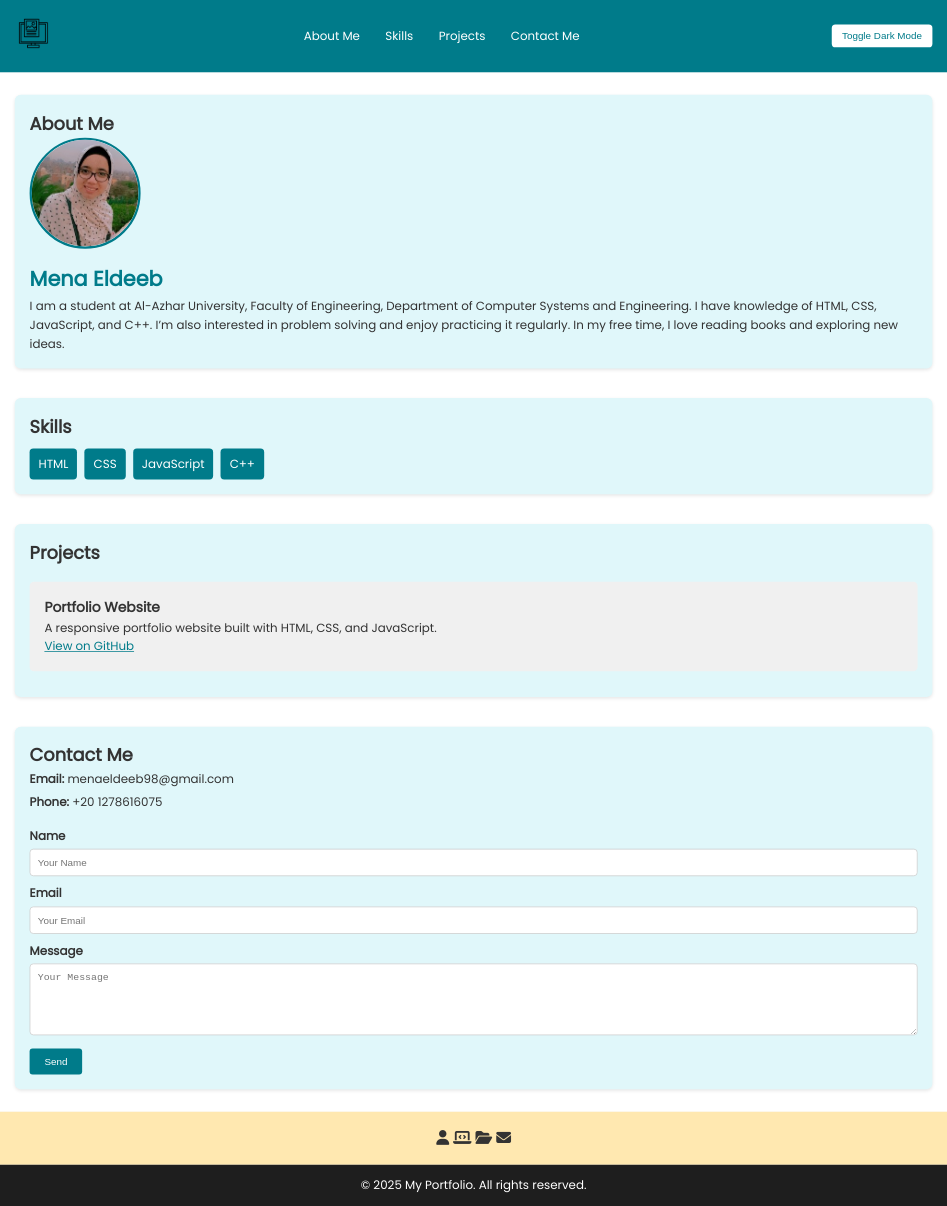
Repository: MenaEldeeb/My-Portfolio
Page: index.html
The author's editor kept a copy of each file at every save. The page is drawn from the files as they stood at one save, then again after the next save.
The browser window is 1280 px wide. The pictures show the whole page, at 74% of full size.

Above is the page before, as saved 2025-07-16 20:34:33.

### index.html
<!DOCTYPE html>
<html lang="en">
<head>
  <meta charset="UTF-8" />
  <meta name="viewport" content="width=device-width, initial-scale=1" />
  <title>Mena Eldeeb</title>

  <!-- Google Font -->
  <link href="https://fonts.googleapis.com/css2?family=Poppins&display=swap" rel="stylesheet" />

  <!-- Font Awesome -->
  <link rel="stylesheet" href="https://cdnjs.cloudflare.com/ajax/libs/font-awesome/6.4.0/css/all.min.css" />
  <link rel="stylesheet" href="CSS/style.css">

  <meta name="description" content="Mena Eldeeb's personal portfolio showcasing web development skills and projects." />
</head>
<body>
  <div id="container">

    <!-- Header -->
    <header id="hd">
      <div class="logo">
        <img src="images/logo.png" alt="Logo" />
      </div>

      <nav class="nav-text">
        <a href="#about">About Me</a>
        <a href="#skills">Skills</a>
        <a href="#projects">Projects</a>
        <a href="#contact">Contact Me</a>
      </nav>

      <button id="theme-toggle">Toggle Dark Mode</button>
    </header>

    <!-- Sidebar -->
    <aside id="sd">
      <nav class="icon-nav">
        <a href="#about" title="About Me" aria-label="About Me"><i class="fas fa-user"></i></a>
        <a href="#skills" title="Skills" aria-label="Skills"><i class="fas fa-laptop-code"></i></a>
        <a href="#projects" title="Projects" aria-label="Projects"><i class="fas fa-folder-open"></i></a>
        <a href="#contact" title="Contact Me" aria-label="Contact Me"><i class="fas fa-envelope"></i></a>
      </nav>
    </aside>

    <!-- Main Content -->
    <main id="mn">
      <!-- About Me -->
      <section id="about">
        <h2>About Me</h2>
        <div class="about-content">
          <img src="images/Mena.jpg" alt="Mena Eldeeb" class="profile-img" />
          <div>
            <h1 class="my-name">Mena Eldeeb</h1>
            <p>
              I am a student at Al-Azhar University, Faculty of Engineering, Department of Computer Systems and Engineering.
              I have knowledge of HTML, CSS, JavaScript, and C++. I’m also interested in problem solving and enjoy practicing it regularly.
              In my free time, I love reading books and exploring new ideas.
            </p>
          </div>
        </div>
      </section>

      <!-- Skills -->
      <section id="skills">
        <h2>Skills</h2>
        <ul>
          <li>HTML</li>
          <li>CSS</li>
          <li>JavaScript</li>
          <li>C++</li>
        </ul>
      </section>

      <!-- Projects -->
      <section id="projects">
        <h2>Projects</h2>
        <div class="projects-container">
          <div class="project-card">
            <h3>Portfolio Website</h3>
            <p>A responsive portfolio website built with HTML, CSS, and JavaScript.</p>
            <a href="https://github.com/MenaEldeeb/My-PORTOFOLIO.git" target="_blank" rel="noopener noreferrer">View on GitHub</a>
          </div>
        </div>
      </section>

      <!-- Contact Me -->
      <section id="contact">
        <h2>Contact Me</h2>

        <div class="contact-info">
          <p><strong>Email:</strong> menaeldeeb98@gmail.com</p>
          <p><strong>Phone:</strong> +20 1278616075</p>
        </div>

        <form id="contact-form" method="POST" action="https://formsubmit.co/menaeldeeb98@gmail.com">
          <!-- Disable captcha -->
          <input type="hidden" name="_captcha" value="false" />
          <!-- You can add other hidden inputs for formsubmit if needed -->

          <label for="name">Name</label>
          <input type="text" id="name" name="name" placeholder="Your Name" required />

          <label for="email">Email</label>
          <input type="email" id="email" name="email" placeholder="Your Email" required />

          <label for="message">Message</label>
          <textarea id="message" name="message" placeholder="Your Message" rows="5" required></textarea>

          <button type="submit">Send</button>
        </form>

        <p id="form-status" style="color: green; margin-top: 10px; display: none;"></p>
      </section>
    </main>

    <!-- Footer -->
    <footer id="ft">
      &copy; 2025 My Portfolio. All rights reserved.
    </footer>
  </div>

  <script>
    // Dark Mode Toggle
    const toggleBtn = document.getElementById('theme-toggle');
    toggleBtn.addEventListener('click', () => {
      document.body.classList.toggle('dark-mode');
    });

    // Handle form submission with fetch to prevent page reload
    const form = document.getElementById('contact-form');
    const status = document.getElementById('form-status');

    form.addEventListener('submit', e => {
      e.preventDefault();

      const formData = new FormData(form);

      fetch(form.action, {
        method: 'POST',
        body: formData,
        headers: {
          'Accept': 'application/json'
        }
      }).then(response => {
        if (response.ok) {
          status.style.color = 'green';
          status.textContent = 'Thank you! Your message has been sent.';
          status.style.display = 'block';
          form.reset();
        } else {
          return response.json().then(data => {
            if (Object.hasOwn(data, 'errors')) {
              status.style.color = 'red';
              status.textContent = data["errors"].map(error => error.message).join(", ");
            } else {
              status.style.color = 'red';
              status.textContent = 'Oops! There was a problem submitting your form';
            }
            status.style.display = 'block';
          });
        }
      }).catch(error => {
        status.style.color = 'red';
        status.textContent = 'Oops! There was a problem submitting your form';
        status.style.display = 'block';
      });
    });
  </script>
</body>
</html>

### CSS/style.css
/* ========== Reset ========== */
* {
  margin: 0;
  padding: 0;
  box-sizing: border-box;
}

/* ========== Global Styles ========== */
body {
  font-family: 'Poppins', sans-serif;
  background-color: #f5f7fa;
  color: #333;
  line-height: 1.6;
}

/* ========== Layout ========== */
#container {
  display: grid;
  grid-template-areas:
    "hd"
    "mn"
    "sd"
    "ft";
  grid-template-columns: 1fr;
  grid-template-rows: auto;
}

/* ========== Header ========== */
#hd {
  grid-area: hd;
  background-color: #007b8a;
  color: white;
  display: flex;
  justify-content: space-between;
  align-items: center;
  flex-wrap: wrap;
  padding: 20px;
}

.logo img {
  height: 50px;
}

.nav-text a {
  color: white;
  text-decoration: none;
  margin: 0 15px;
  font-weight: 500;
  transition: color 0.3s;
}

.nav-text a:hover {
  color: #ffd580;
}

#theme-toggle {
  background-color: white;
  color: #007b8a;
  border: none;
  padding: 8px 14px;
  border-radius: 5px;
  cursor: pointer;
  transition: background 0.3s;
}

#theme-toggle:hover {
  background-color: #eee;
}

/* ========== Sidebar ========== */
#sd {
  grid-area: sd;
  background-color: #ffe8b0;
  display: flex;
  justify-content: center;
  gap: 20px;
  padding: 20px;
  font-size: 20px;
}

.icon-nav a {
  color: #333;
  transition: color 0.3s;
}

.icon-nav a:hover {
  color: #007b8a;
}

/* ========== Main Content ========== */
#mn {
  grid-area: mn;
  padding: 30px 20px;
  background-color: #fff;
}

/* ========== Section Styling (About, Skills, Projects, Contact) ========== */
#about, #skills, #projects, #contact {
  background-color: #e0f7fa;       /* خلفية خفيفة للتمييز */
  border-radius: 8px;
  padding: 20px;
  margin-bottom: 40px;             /* مسافة بين الأقسام */
  box-shadow: 0 2px 5px rgba(0,0,0,0.1);
}

/* منع وجود margin زائد في آخر قسم */
#contact {
  margin-bottom: 0;
}

/* ========== About ========== */
.about-content {
  display: flex;
  gap: 20px;
  align-items: center;
  flex-wrap: wrap;
}

.profile-img {
  width: 150px;
  height: 150px;
  border-radius: 50%;
  object-fit: cover;
  border: 3px solid #007b8a;
}

.my-name {
  font-size: 28px;
  color: #007b8a;
}

/* ========== Skills ========== */
#skills ul {
  list-style: none;
  display: flex;
  flex-wrap: wrap;
  gap: 10px;
  margin-top: 10px;
}

#skills li {
  background-color: #007b8a;
  color: white;
  padding: 8px 12px;
  border-radius: 5px;
}

/* ========== Projects ========== */
.projects-container {
  margin-top: 20px;
}

.project-card {
  background-color: #f0f0f0;
  padding: 20px;
  border-radius: 6px;
  margin-bottom: 15px;
}

.project-card a {
  color: #007b8a;
  text-decoration: underline;
}

/* ========== Contact ========== */
.contact-info p {
  margin-bottom: 5px;
  font-weight: 500;
}

form {
  margin-top: 20px;
}

form label {
  display: block;
  margin-bottom: 5px;
  font-weight: bold;
}

form input,
form textarea {
  width: 100%;
  padding: 10px;
  margin-bottom: 10px;
  border: 1px solid #ccc;
  border-radius: 5px;
}

form button {
  background-color: #007b8a;
  color: white;
  padding: 10px 20px;
  border: none;
  border-radius: 4px;
  cursor: pointer;
}

form button:hover {
  background-color: #005f6b;
}

/* ========== Footer ========== */
#ft {
  grid-area: ft;
  background-color: #1e1e1e;
  color: white;
  text-align: center;
  padding: 15px 0;
}

/* ========== Dark Mode ========== */
body.dark-mode {
  background-color: #121212;
  color: #f1f1f1;
}

body.dark-mode #hd,
body.dark-mode #ft {
  background-color: #1e1e1e;
  color: #f1f1f1;
}

body.dark-mode #mn {
  background-color: #1a1a1a;
}

body.dark-mode #about,
body.dark-mode #skills,
body.dark-mode #projects,
body.dark-mode #contact {
  background-color: #2a2a2a;
  box-shadow: none;
}

body.dark-mode .project-card {
  background-color: #3a3a3a;
  border-color: #555;
}

body.dark-mode form input,
body.dark-mode form textarea {
  background-color: #333;
  color: white;
  border: 1px solid #555;
}

body.dark-mode .nav-text a,
body.dark-mode .icon-nav a {
  color: #90caf9;
}

/* ========== Responsive Design ========== */
@media (max-width: 768px) {
  #hd {
    flex-direction: column;
    gap: 10px;
    text-align: center;
  }

  .about-content {
    flex-direction: column;
    text-align: center;
  }

  #skills ul {
    justify-content: center;
  }

  #sd {
    flex-wrap: wrap;
  }
}

After the next save:
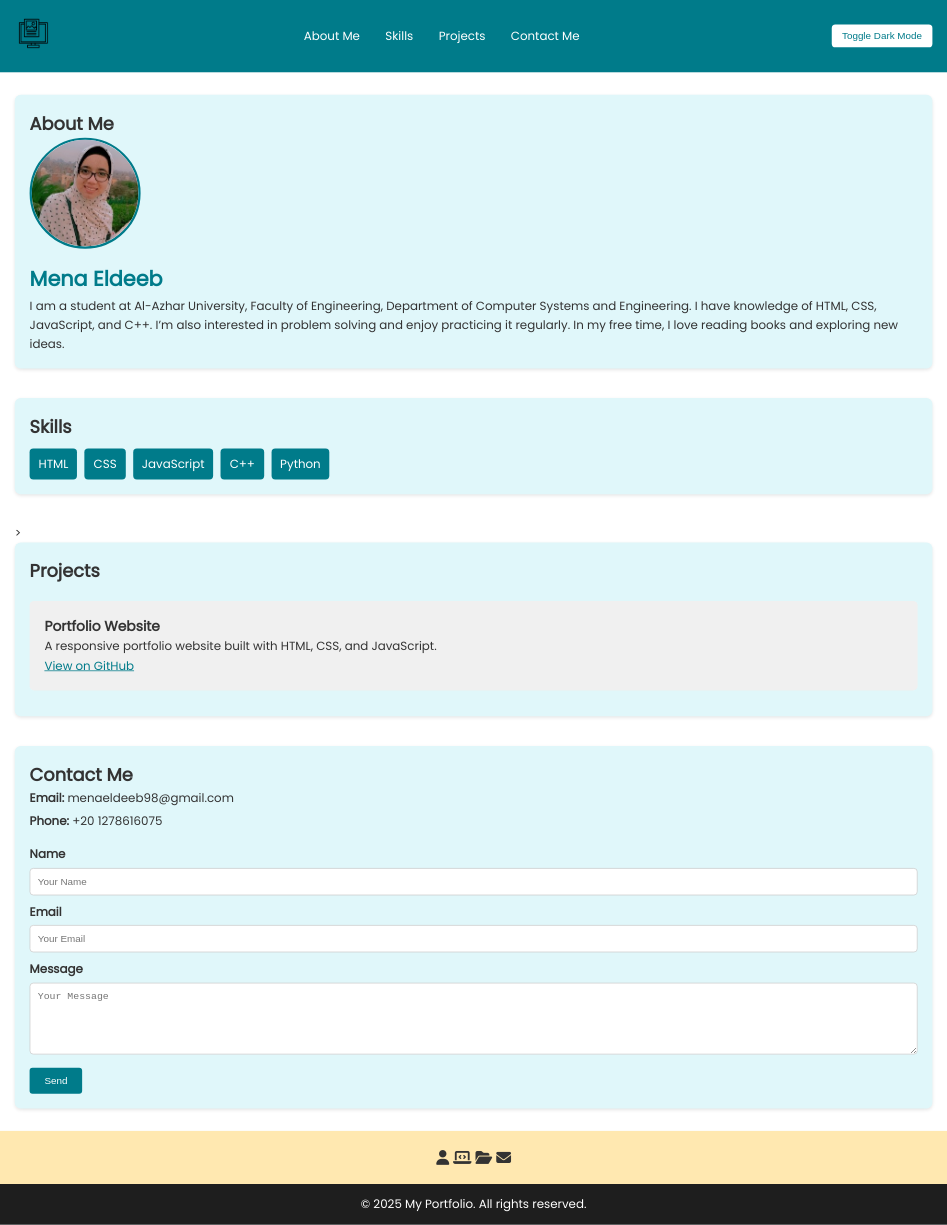
Saved 5 min 6 s later.
--- a/index.html
+++ b/index.html
@@ -69,8 +69,10 @@
           <li>CSS</li>
           <li>JavaScript</li>
           <li>C++</li>
+          <li>Python</li>
+
         </ul>
-      </section>
+      </section>>
 
       <!-- Projects -->
       <section id="projects">
